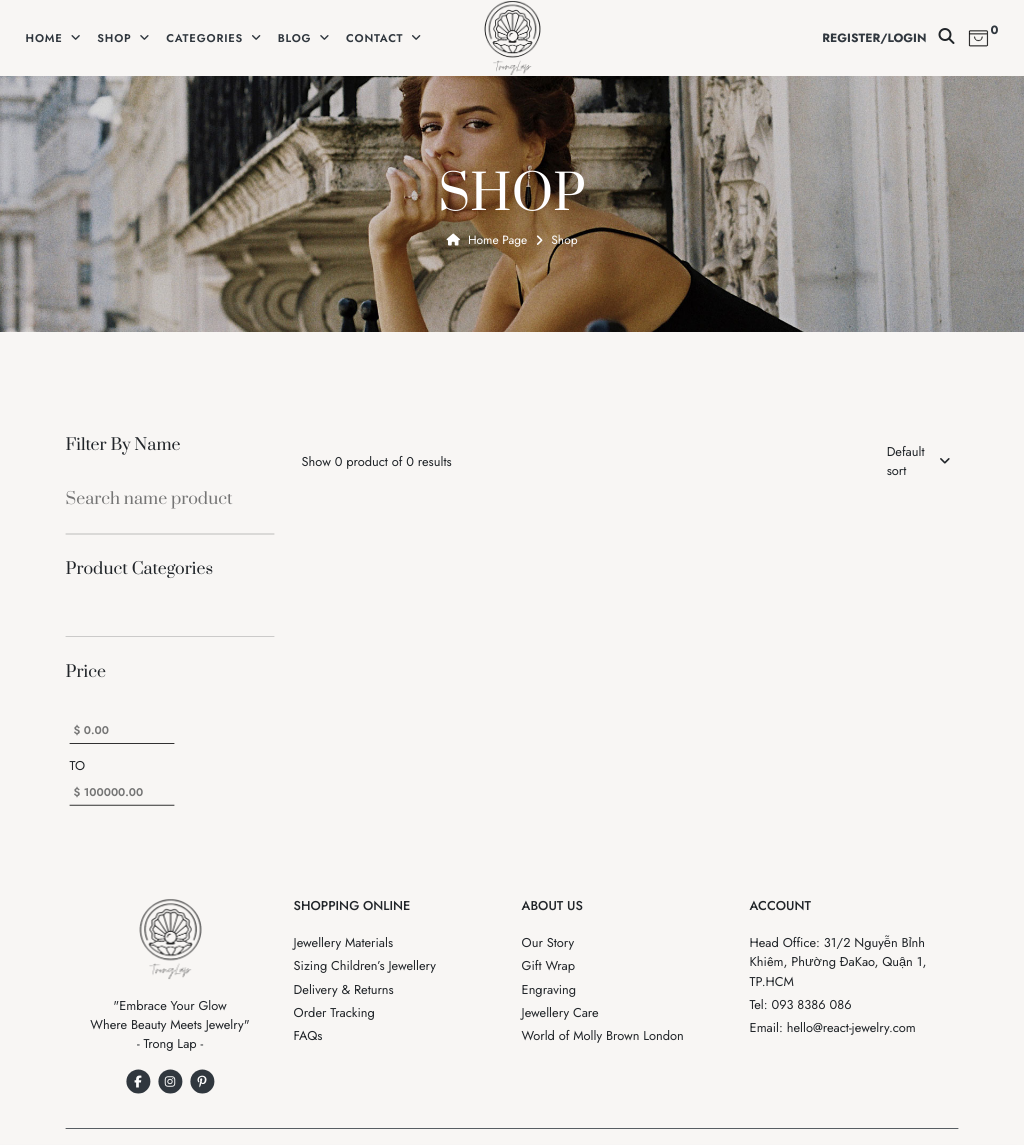
Repository: tronglap/react-jewelry
Page: /list-product
The author's editor kept a copy of each file at every save. The page is drawn from the files as they stood at one save, then again after the next save.
The browser window is 1280 px wide. The pictures show the whole page, at 80% of full size.
The page's requests for data from a server got no answer. The project was rebuilt for these pictures with package versions that can differ from the ones it lists, and the page was loaded fresh each time. No one was signed in, and anything a server would have sent is missing. Also part of the build but not shown: src/component/Button/Button.css, src/component/Button/Button.js, src/component/SliderBar/SliderBar.css, src/component/SliderBar/SliderBar.js, src/component/Home/WWD/WWD.css, src/component/Home/WWD/WWD.js, src/component/Home/Home.css, src/component/Home/Categories/Categories.js and 15 more.

Above is the page before, as saved 2024-03-27 15:26:33.

After the next save:
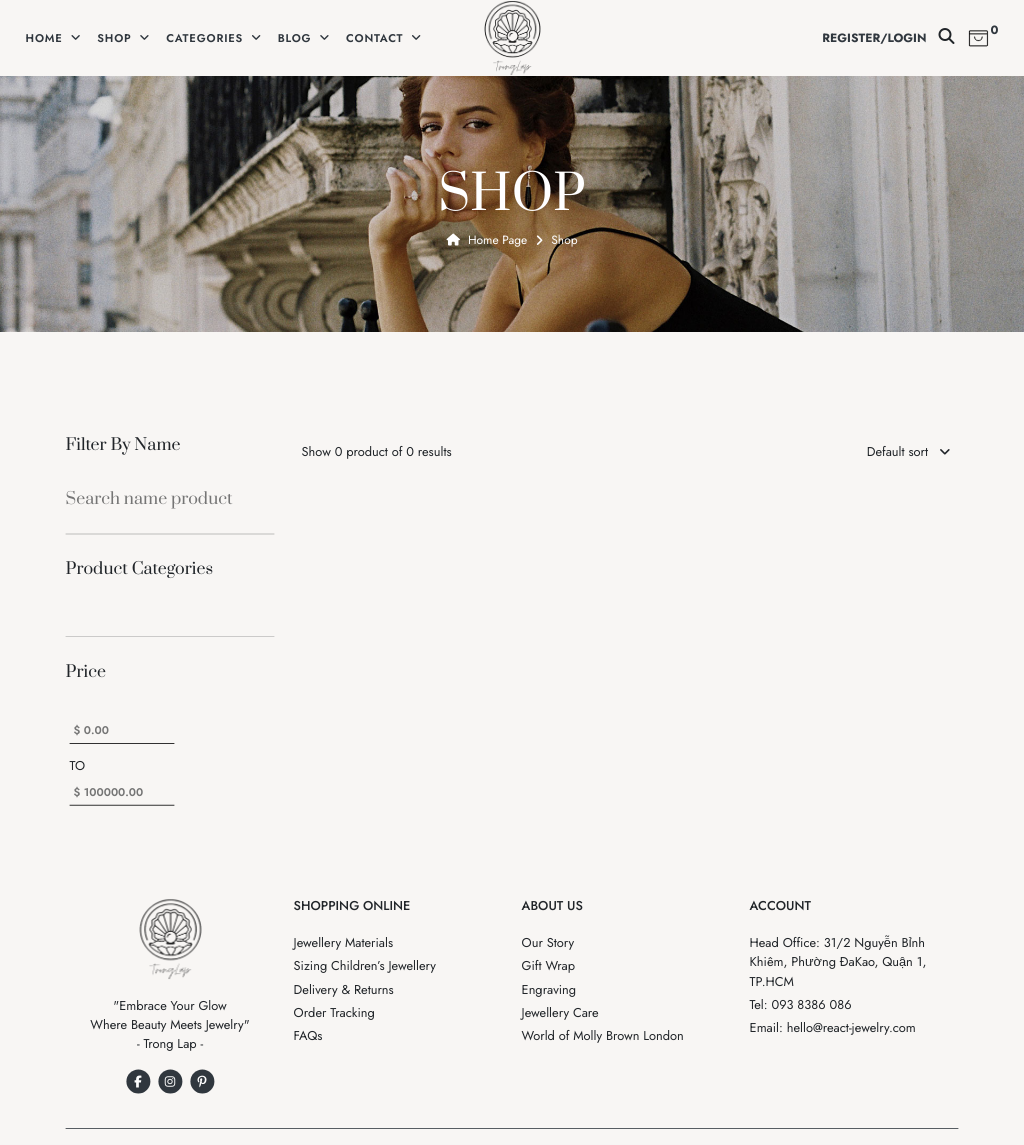
Saved 13 s later.
--- a/src/component/ListProduct/ListProduct.css
+++ b/src/component/ListProduct/ListProduct.css
@@ -114,7 +114,7 @@ input[type=number]::-webkit-inner-spin-button {
     display: flex;
     align-items: center;
     justify-content: space-between;
-    width: 12%;
+    width: 15%;
     margin-bottom: 20px;
     padding: 10px;
     position: relative;
